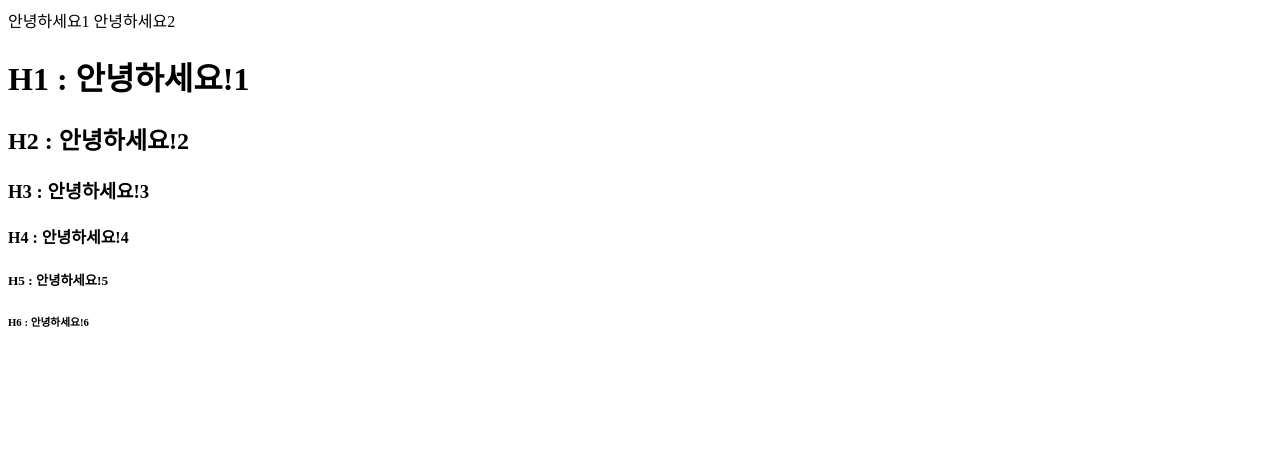
Repository: jjb5442/JSP
Page: 3Day/workspace/02_HTML_tutorial/src/main/webapp/02_Tutorial.html
The author's editor kept a copy of each file at every save. The page is drawn from the files as they stood at one save, then again after the next save.
The browser window is 1280 px wide. The pictures show the whole page.

Above is the page before, as saved 2022-05-14 01:41:53.

### 3Day/workspace/02_HTML_tutorial/src/main/webapp/02_Tutorial.html
<!DOCTYPE html>
<html>
<head>
<meta charset="UTF-8">
<title>Insert title here</title>
</head>
<body>
	안녕하세요1<!-- html 태그 내에 출력하는 일반 문자는 개행되지 않는다. -->
	안녕하세요2
	<h1>H1 : 안녕하세요!1</h1><!-- h1 : 제목을 표시하며 출력후 자동 개행된다. -->
	<h2>H2 : 안녕하세요!2</h2>
	<h3>H3 : 안녕하세요!3</h3>
	<h4>H4 : 안녕하세요!4</h4>
	<h5>H5 : 안녕하세요!5</h5>
	<h6>H6 : 안녕하세요!6</h6>
</body>
</html>

After the next save:
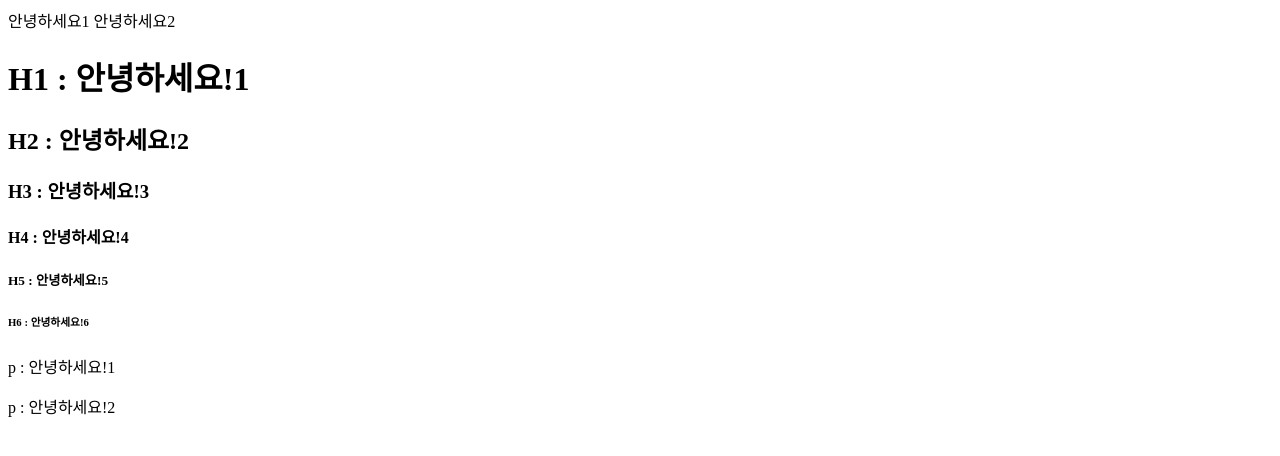
Saved 2 min 0 s later.
--- a/3Day/workspace/02_HTML_tutorial/src/main/webapp/02_Tutorial.html
+++ b/3Day/workspace/02_HTML_tutorial/src/main/webapp/02_Tutorial.html
@@ -13,5 +13,7 @@
 	<h4>H4 : 안녕하세요!4</h4>
 	<h5>H5 : 안녕하세요!5</h5>
 	<h6>H6 : 안녕하세요!6</h6>
+	<p>p : 안녕하세요!1</p>
+	<p>p : 안녕하세요!2</p>
 </body>
 </html>
